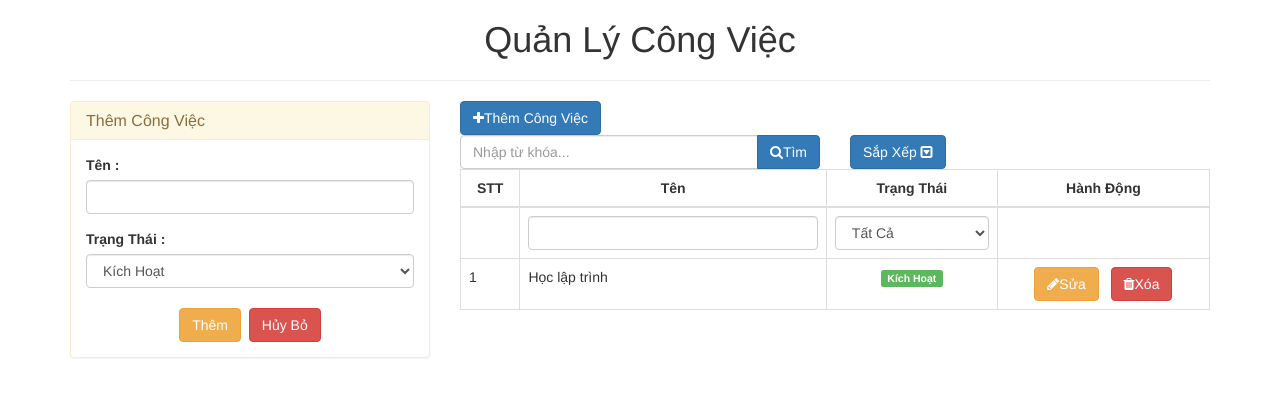
Repository: thanhhai45/CRUD_APP_REACT
Page: public/index.html
An editor plug-in stored every save of this project. The page is shown before and after the next save, followed by the edit.
The browser window is 1280 px wide. The pictures show the whole page.

Above is the page before, as saved 2018-02-14 17:15:01.

After the next save:
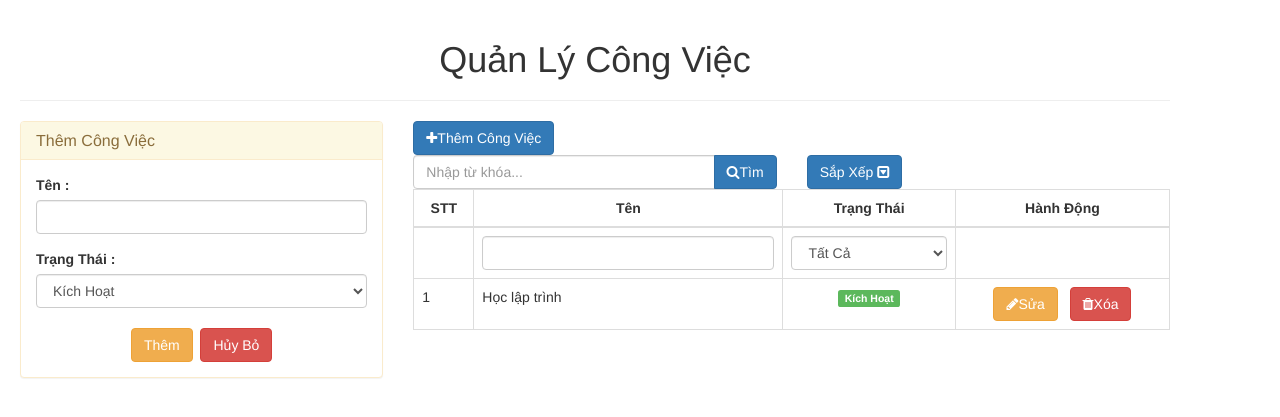
Saved 52 s later.
--- a/public/index.html
+++ b/public/index.html
@@ -8,6 +8,12 @@
     <title>Title Page</title>
     <link rel="stylesheet" href="./css/bootstrap.min.css">
     <link rel="stylesheet" href="./css/font-awesome.min.css">
+    <style>
+      .container{
+        margin: 10px;
+        padding: 10px;
+      }
+    </style>
 </head>
 
 <body>

After the save that followed:
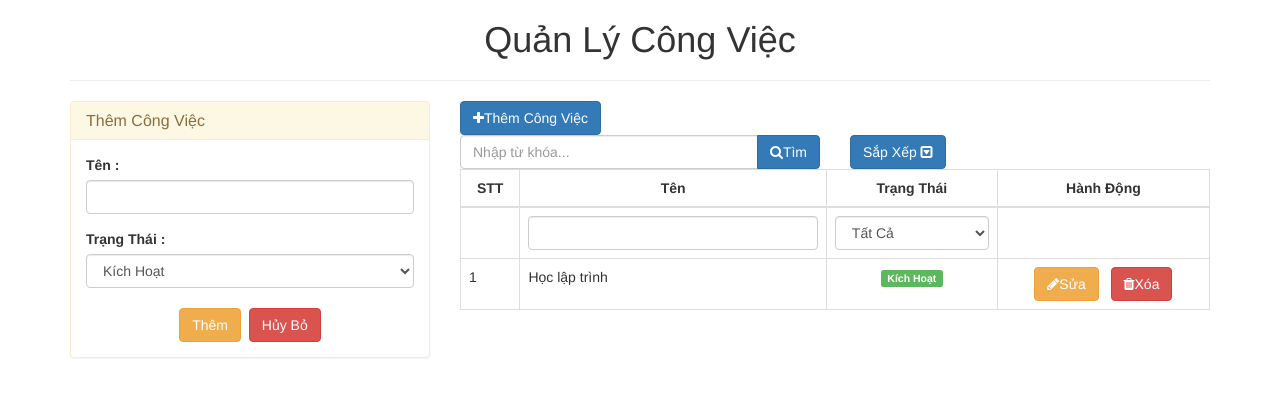
Saved 8 s later.
--- a/public/index.html
+++ b/public/index.html
@@ -9,10 +9,7 @@
     <link rel="stylesheet" href="./css/bootstrap.min.css">
     <link rel="stylesheet" href="./css/font-awesome.min.css">
     <style>
-      .container{
-        margin: 10px;
-        padding: 10px;
-      }
+
     </style>
 </head>
 
